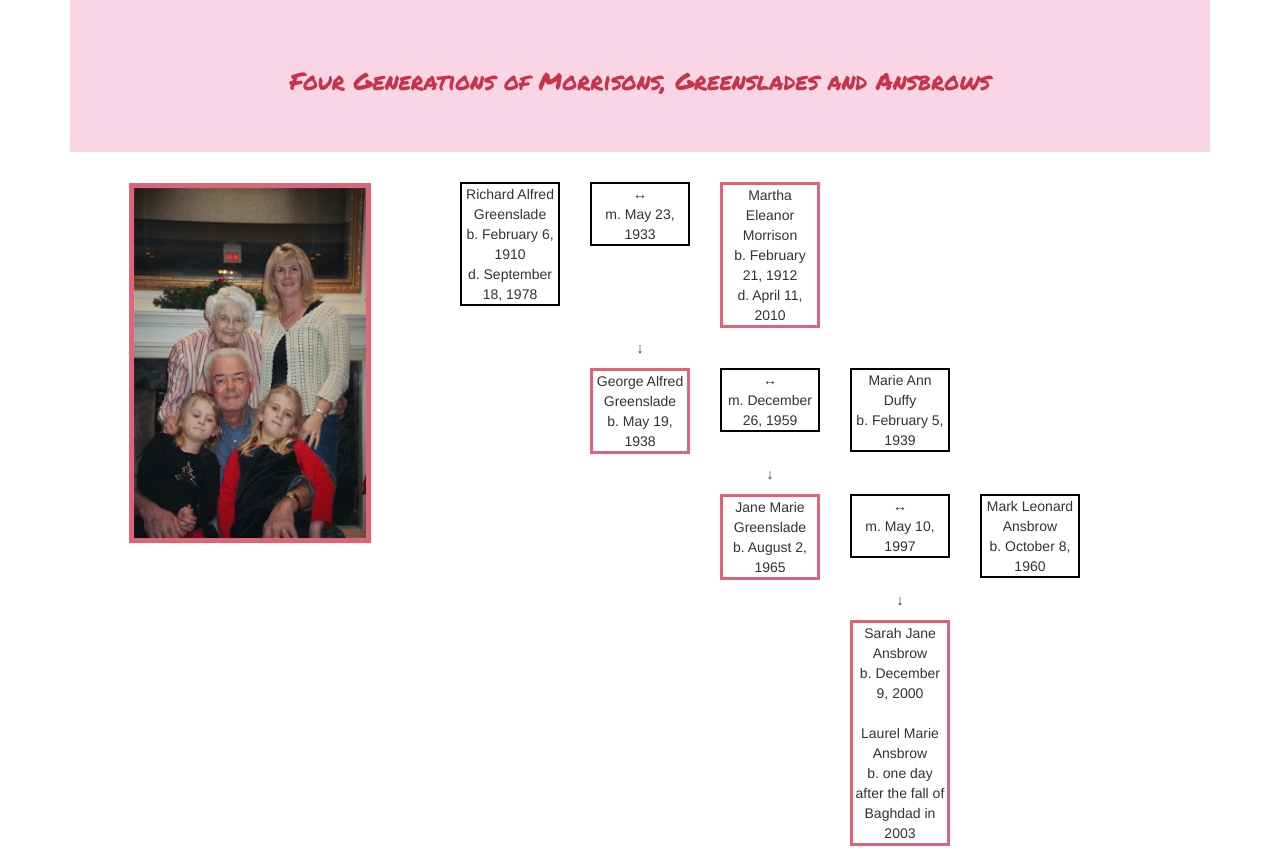
Repository: George2916/Sarah-Jane-and-Laurel-Marie
Page: familytreeM.html
The author's editor kept a record of every edit. The page is drawn from the files as they stood at one moment, then again after the next edit.
The browser window is 1280 px wide. The pictures show the whole page.

Above is the page before.

After the next edit:
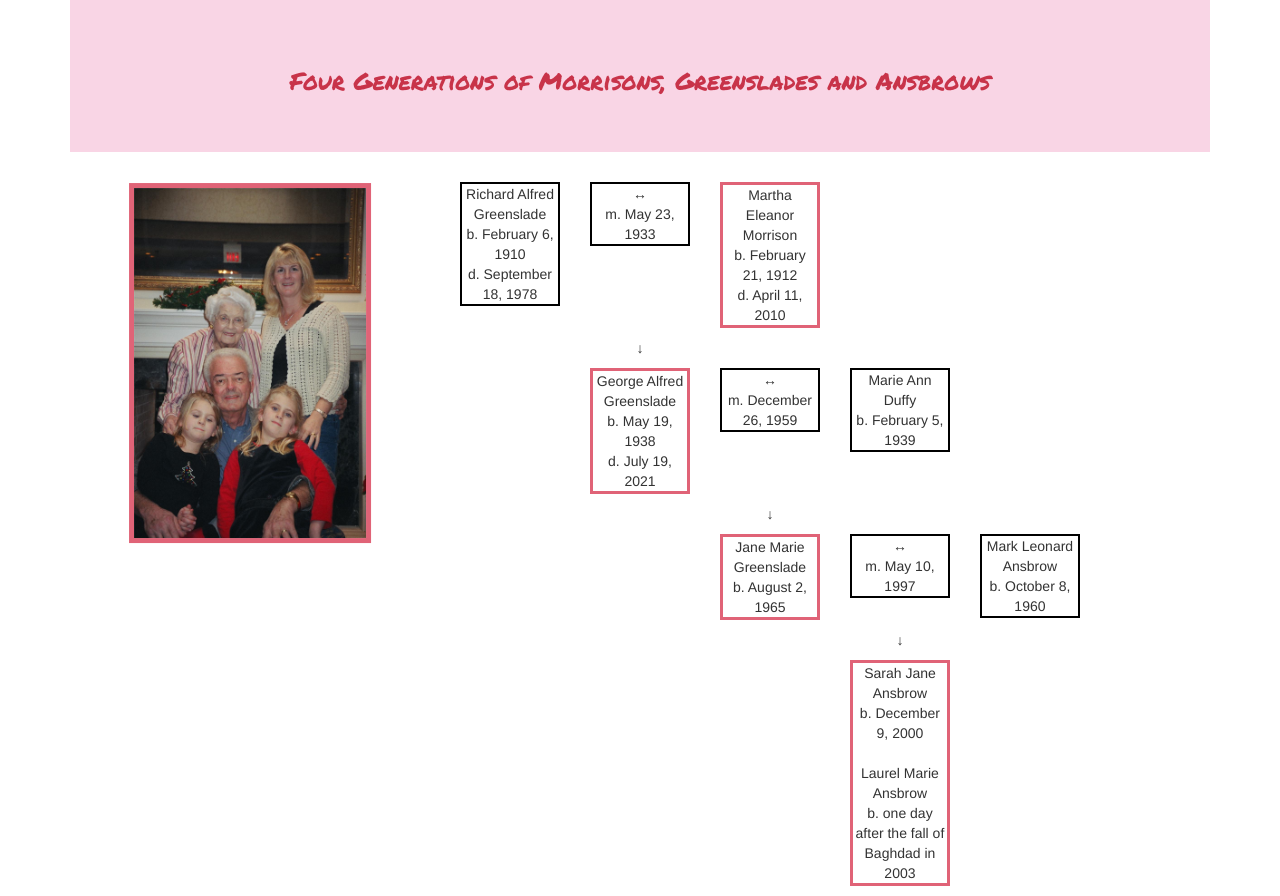
The edit:
--- a/familytreeM.html
+++ b/familytreeM.html
@@ -145,6 +145,7 @@
         <div class="col-sm-2">
     <p class="withtext specialborder">George Alfred Greenslade<br>
         b. May 19, 1938<br>
+        d. July 19, 2021
     </p>
         </div>
 
